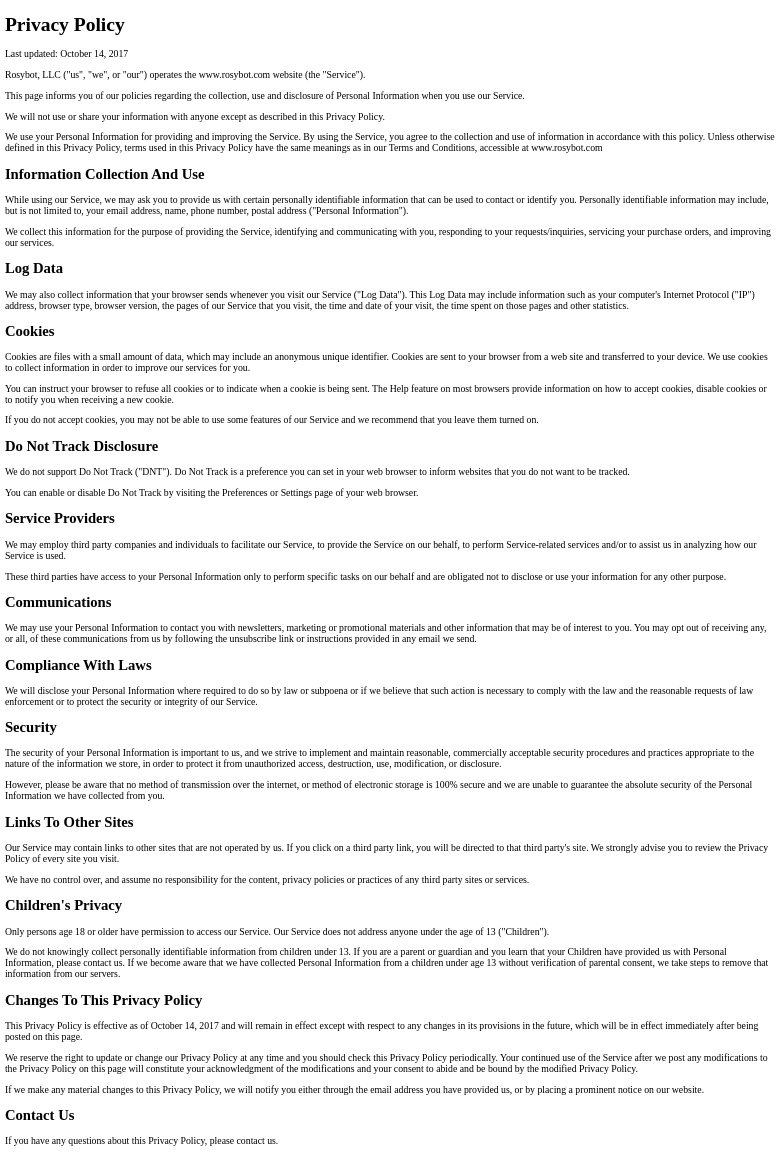
Repository: mattbobgithub/rosybot-ui
Page: rosybot-ui/dist/PrivacyPolicy.html
An editor plug-in stored every save of this project. The page is shown before and after the next save, followed by the edit.
The browser window is 1280 px wide. The pictures show the whole page, at 61% of full size.

Above is the page before, as saved 2017-10-14 17:35:29.

### rosybot-ui/dist/PrivacyPolicy.html
<!DOCTYPE html>
<html>
<head>
<meta charset="ISO-8859-1">
<title>Insert title here</title>
</head>
<body>
<h1>Privacy Policy</h1>


<p>Last updated: October 14, 2017</p>


<p>Rosybot, LLC ("us", "we", or "our") operates the www.rosybot.com website (the "Service").</p>

<p>This page informs you of our policies regarding the collection, use and disclosure of Personal Information when you use our Service.</p>

<p>We will not use or share your information with anyone except as described in this Privacy Policy.</p>

<p>We use your Personal Information for providing and improving the Service. By using the Service, you agree to the collection and use of information in accordance with this policy. Unless otherwise defined in this Privacy Policy, terms used in this Privacy Policy have the same meanings as in our Terms and Conditions, accessible at www.rosybot.com</p>



<h2>Information Collection And Use</h2>

<p>While using our Service, we may ask you to provide us with certain personally identifiable information that can be used to contact or identify you. Personally identifiable information may include, but is not limited to, your email address, name, phone number, postal address ("Personal Information").</p>

<p>We collect this information for the purpose of providing the Service, identifying and communicating with you, responding to your requests/inquiries, servicing your purchase orders, and improving our services.</p>


<h2>Log Data</h2>

<p>We may also collect information that your browser sends whenever you visit our Service ("Log Data"). This Log Data may include information such as your computer's Internet Protocol ("IP") address, browser type, browser version, the pages of our Service that you visit, the time and date of your visit, the time spent on those pages and other statistics.</p>





<h2>Cookies</h2>

<p>Cookies are files with a small amount of data, which may include an anonymous unique identifier. Cookies are sent to your browser from a web site and transferred to your device. We use cookies to collect information in order to improve our services for you.</p>

<p>You can instruct your browser to refuse all cookies or to indicate when a cookie is being sent. The Help feature on most browsers provide information on how to accept cookies, disable cookies or to notify you when receiving a new cookie.</p>

<p>If you do not accept cookies, you may not be able to use some features of our Service and we recommend that you leave them turned on.</p>







<h2>Do Not Track Disclosure</h2>

<p>We do not support Do Not Track ("DNT"). Do Not Track is a preference you can set in your web browser to inform websites that you do not want to be tracked.</p>

<p>You can enable or disable Do Not Track by visiting the Preferences or Settings page of your web browser.</p>


<h2>Service Providers</h2>

<p>We may employ third party companies and individuals to facilitate our Service, to provide the Service on our behalf, to perform Service-related services and/or to assist us in analyzing how our Service is used.</p>

<p>These third parties have access to your Personal Information only to perform specific tasks on our behalf and are obligated not to disclose or use your information for any other purpose.</p>


<h2>Communications</h2>

<p>We may use your Personal Information to contact you with newsletters, marketing or promotional materials and other information that may be of interest to you. You may opt out of receiving any, or all, of these communications from us by following the unsubscribe link or instructions provided in any email we send.</p>


<h2>Compliance With Laws</h2>

<p>We will disclose your Personal Information where required to do so by law or subpoena or if we believe that such action is necessary to comply with the law and the reasonable requests of law enforcement or to protect the security or integrity of our Service.</p>




<h2>Security</h2>

<p>The security of your Personal Information is important to us, and we strive to implement and maintain reasonable, commercially acceptable security procedures and practices appropriate to the nature of the information we store, in order to protect it from unauthorized access, destruction, use, modification, or disclosure.</p>

<p>However, please be aware that no method of transmission over the internet, or method of electronic storage is 100% secure and we are unable to guarantee the absolute security of the Personal Information we have collected from you.</p>




<h2>Links To Other Sites</h2>

<p>Our Service may contain links to other sites that are not operated by us. If you click on a third party link, you will be directed to that third party's site. We strongly advise you to review the Privacy Policy of every site you visit.</p>

<p>We have no control over, and assume no responsibility for the content, privacy policies or practices of any third party sites or services.</p>


<h2>Children's Privacy</h2>

<p>Only persons age 18 or older have permission to access our Service. Our Service does not address anyone under the age of 13 ("Children").</p>

<p>We do not knowingly collect personally identifiable information from children under 13. If you are a parent or guardian and you learn that your Children have provided us with Personal Information, please contact us. If we become aware that we have collected Personal Information from a children under age 13 without verification of parental consent, we take steps to remove that information from our servers.</p>


<h2>Changes To This Privacy Policy</h2>

<p>This Privacy Policy is effective as of October 14, 2017 and will remain in effect except with respect to any changes in its provisions in the future, which will be in effect immediately after being posted on this page.</p>

<p>We reserve the right to update or change our Privacy Policy at any time and you should check this Privacy Policy periodically. Your continued use of the Service after we post any modifications to the Privacy Policy on this page will constitute your acknowledgment of the modifications and your consent to abide and be bound by the modified Privacy Policy.</p>

<p>If we make any material changes to this Privacy Policy, we will notify you either through the email address you have provided us, or by placing a prominent notice on our website.</p>


<h2>Contact Us</h2>

<p>If you have any questions about this Privacy Policy, please contact us.</p>
</body>
</html>

### rosybot-ui/dist/index.css
html {
	box-sizing: border-box;
}

*, *:before, *:after {
	box-sizing: inherit;
}

::-webkit-input-placeholder {
	color: #aaa;
}

body {
	padding: 20px;
	font-family: -apple-system, BlinkMacSystemFont, 'Segoe UI', Roboto,
		Helvetica, Arial, sans-serif, 'Apple Color Emoji', 'Segoe UI Emoji',
		'Segoe UI Symbol';
	line-height: 1.5;
	background: #eaeaea;
	color: #444;
	font-weight: 200;
}

.modal {
    display:    none;
    position:   fixed;
    z-index:    1000;
    top:        0;
    left:       0;
    height:     100%;
    width:      100%;
    background: rgba( 255, 255, 255, .8 )
                url('rosy-spinner.gif')
                50% 50%
                no-repeat;
}

/* When the body has the loading class, we turn
   the scrollbar off with overflow:hidden */
body.loading {
    overflow: hidden;
}

/* Anytime the body has the loading class, our
   modal element will be visible */
body.loading .modal {
    display: block;
}

h2 {
	color: #333333;
	font-weight: 300;
	letter-spacing: 1px;
	margin-top: 30px;
	margin-bottom: 15px;
}

h2:first-of-type {
	margin-top: 0;
}

.form-groups {
	background: white;
	box-shadow: 0 3px 20px rgba(0, 0, 0, 0.15);
	border-radius: 6px;
	border-bottom: solid 2px #d47672;
}

.form-group {
	border-bottom: 1px solid #eee;
}

.form-group:last-of-type {
	border-bottom: none;
}

.form-group label {
	display: block;
	font-size: 85%;
	padding: 8px 12px 0 12px;
	font-weight: 400;
}

.form-group input {
	padding: 5px 0;
	display: block;
	width: 100%;
	font-size: 110%;
	padding: 12px;
	background: transparent;
	font-weight: 300;
}

input {
	border: none;

}

.subscribe-phone{
	text-align: center;

}
.logo {
	height: 60px;
	background: url("rosybot_red.png");
	background-repeat: no-repeat;
	background-position: center;
	background-size: contain;
	margin: 20px 0 30px 0;
}

.bottom-buttons {
	margin: 30px 0;
}

button.full {
	background: #c8504b;
	display: block;
	border: none;
	width: 100%;
	padding: 15px;
	border-top: solid 1px #e2a4a1;
	border-bottom: solid 3px #b33c37;
	border-radius: 6px;
	color: white;
	font-weight: 300;
	font-size: 130%;
	letter-spacing: 0.5px;
	height: 64px;

}

button.full.primary {
	border-top: solid 1px #d67e7a;
	padding: 8px;
	background: #ac3934;
	border-bottom-color: #8c2f2b;
	margin-bottom: 20px;

}

.select-wrapper {
	padding: 5px 10px 10px 10px;
}

select {
	border: solid 1px #aaa;
	display: block;
	padding: 8px;
	width: 100%;
	font-size: 110%;
	font-weight: 300;
	border-radius: 4px;
	border-bottom: solid 2px #da8986;
}

.textarea-wrapper {
	padding: 5px 10px 10px 10px;

}

.order-total-wrapper {
	padding: 5px 10px 10px 10px;
		font-weight: 500;
}

textarea {
	border: solid 1px #aaa;
	display: block;
	padding: 8px;
	width: 100%;
	font-size: 110%;
	font-weight: 300;
	border-radius: 4px;
	border-bottom: solid 2px #da8986;
}

.image-wrapper {
	padding: 5px 10px 10px 10px;
}

.confirm-message{
	padding: 40px;
	color: #ac3934;
}

Loaded but not shown: rosybot-ui/dist/normalize.css (library)

After the next save:
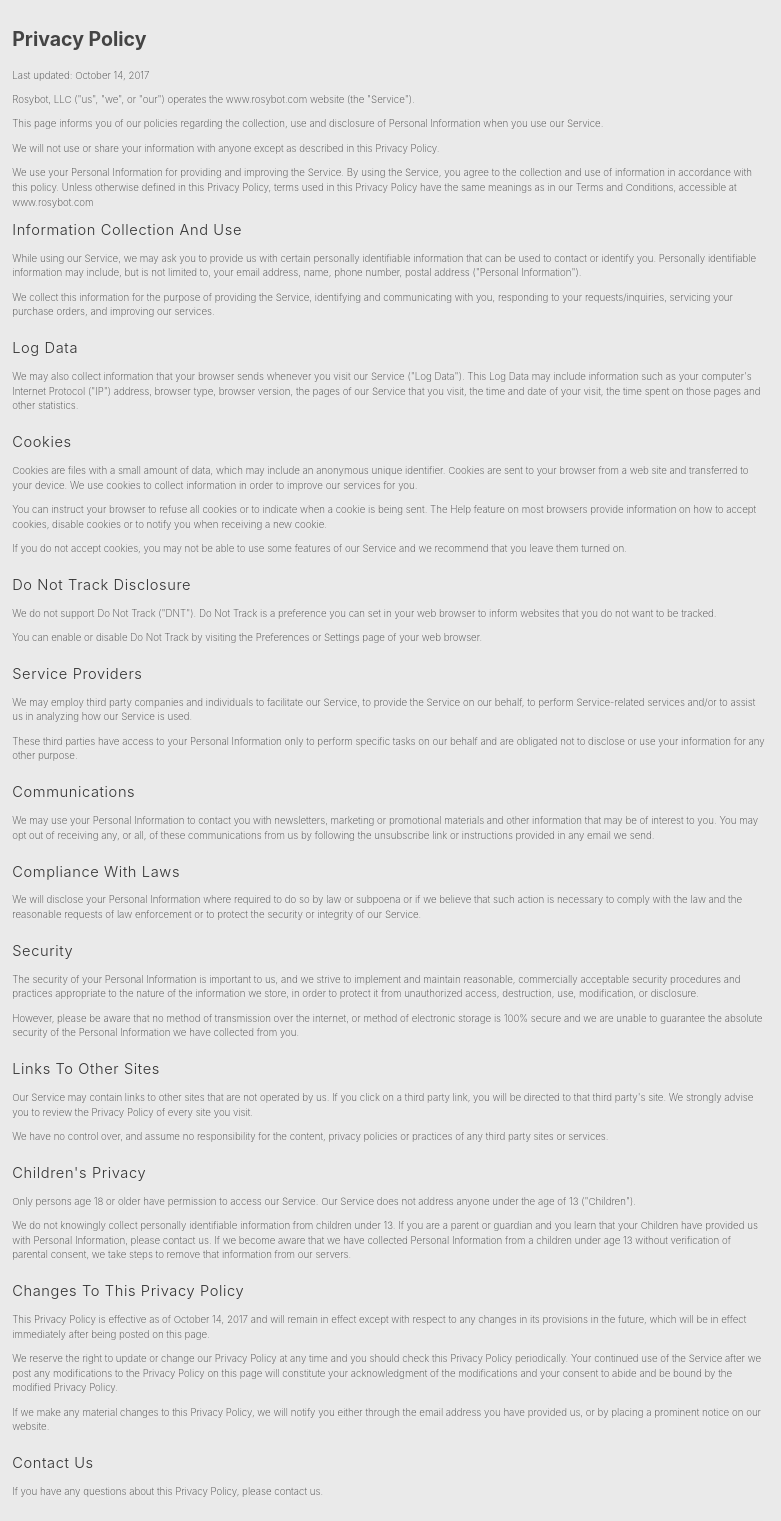
Saved 78 s later.
--- a/rosybot-ui/dist/PrivacyPolicy.html
+++ b/rosybot-ui/dist/PrivacyPolicy.html
@@ -1,8 +1,14 @@
 <!DOCTYPE html>
 <html>
 <head>
-<meta charset="ISO-8859-1">
-<title>Insert title here</title>
+<meta charset="utf-8">
+<meta http-equiv="X-UA-Compatible" content="IE=edge">
+<meta name="viewport"
+	content="width=device-width, initial-scale=1, maximum-scale=1, minimum-scale=1, user-scalable=no, minimal-ui">
+<title>Rosybot Privacy Policy</title>
+<link rel="shortcut icon" href="favicon.png" type="image/x-icon">
+<link href="normalize.css" rel="stylesheet">
+<link href="index.css" rel="stylesheet">
 </head>
 <body>
 <h1>Privacy Policy</h1>
